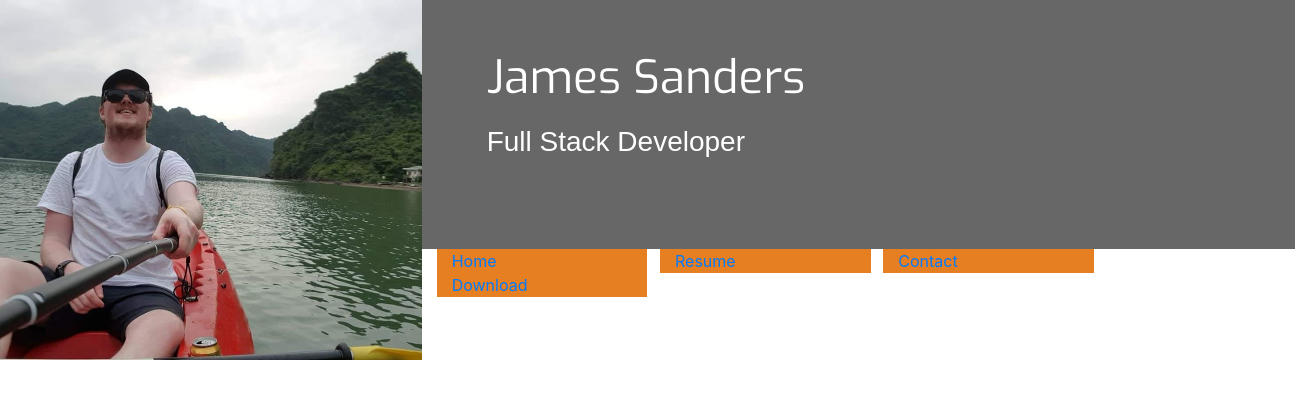
Repository: JaySanders95/my-online-resume
Page: index.html
An editor plug-in stored every save of this project. The page is shown before and after the next save, followed by the edit.
The browser window is 1280 px wide. The page is 1295 px wide, so the pictures cover 1295 px, including what lies to the right of the window. The pictures show the whole page.
Some web fonts or font styles are not loaded; a fallback is used. Some web libraries are served in a nearby version.

Above is the page before, as saved 2023-04-17 17:16:34.

After the next save:
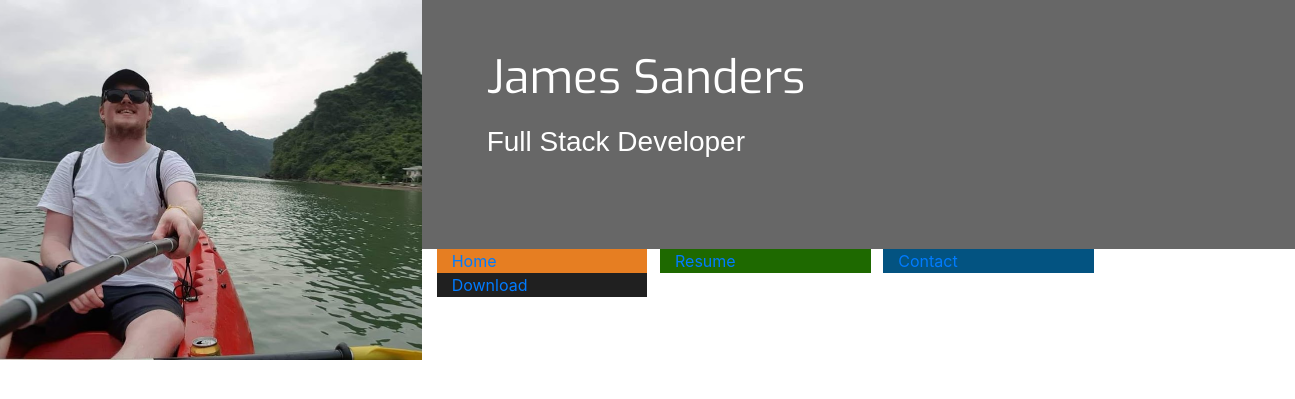
Saved 13 s later.
--- a/assets/css/style.css
+++ b/assets/css/style.css
@@ -9,15 +9,15 @@
 }
 
 .ui-menu-color-resume {
-    background-color: #e67e22;
+    background-color: #1e6900;
 }
 
 .ui-menu-color-contact {
-    background-color: #e67e22;
+    background-color: #035381;
 }
 
 .ui-menu-color-download {
-    background-color: #e67e22;
+    background-color: #202020;
 }
 
 header {
